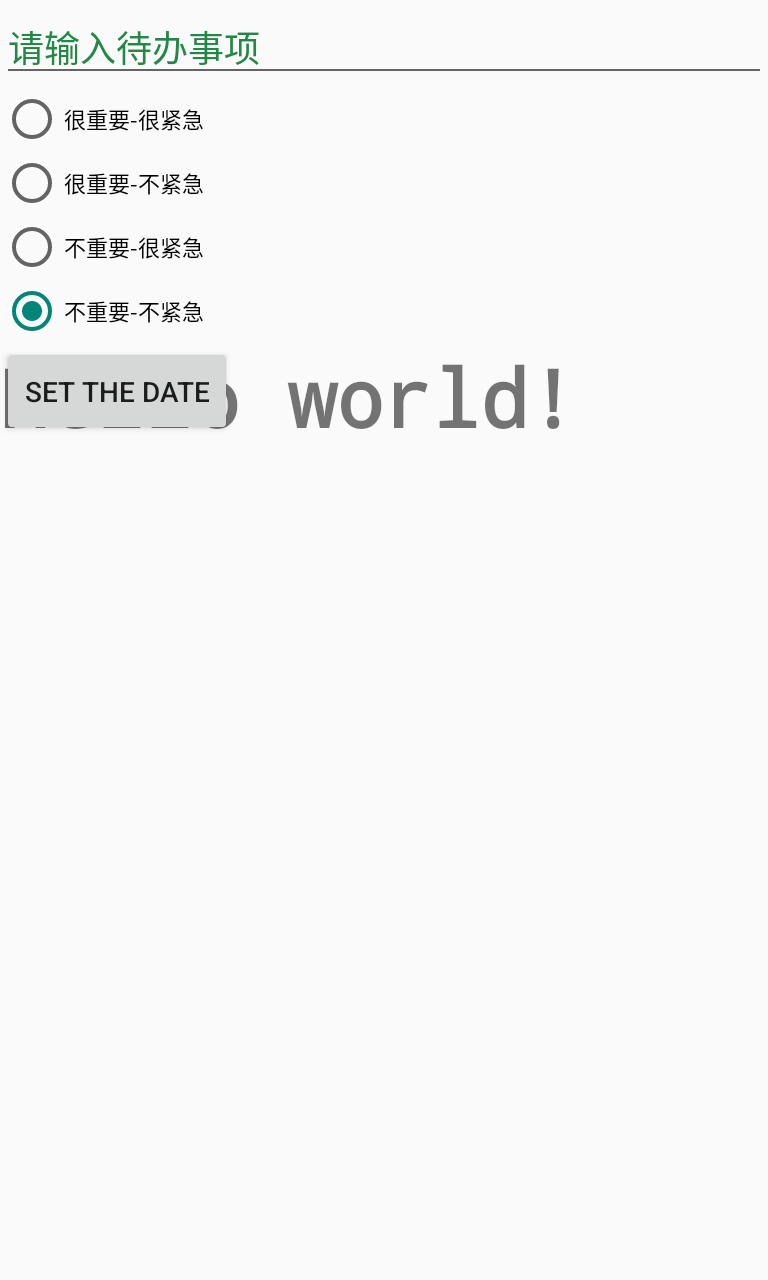
Repository: sh-zh-en/NBTodo
Layout: nbtodo/NBTodo/res/layout/addition_task_layout.xml
An editor plug-in stored every save of this project. The layout is shown before and after the next save, followed by the edit.
It is drawn on a 768 x 1280 px phone screen (xhdpi) without system bars, with theme AppTheme; the app's code is not run.

Above is the layout before, as saved 2015-02-12 16:32:46.

### nbtodo/NBTodo/res/layout/addition_task_layout.xml
<?xml version="1.0" encoding="utf-8"?>
<LinearLayout xmlns:android="http://schemas.android.com/apk/res/android"
    android:layout_width="match_parent"
    android:layout_height="match_parent"
    android:layout_gravity="bottom"
    android:orientation="vertical" >

    android:orientation="horizontal" >

    <EditText
	    android:id="@+id/edit_text1"
	    android:layout_width="fill_parent"
	    android:layout_height="wrap_content"
	    android:maxLength="40"
	    android:hint="@string/addition_task_layout_edittext01"
	    android:textColorHint="#238745"/>

    <RadioGroup
        android:id="@+id/radiogroup1"
        android:layout_width="wrap_content"
        android:layout_height="wrap_content"
        android:orientation="vertical"
        android:layout_x="300px"   >

        <RadioButton
            android:id="@+id/radiobutton1"
            android:layout_width="wrap_content"
            android:layout_height="wrap_content"
            android:layout_weight="1"
            android:checked="true"
            android:gravity="center"
            android:text="@string/addition_task_layout_radiobutton01"
            android:textSize="11.0sp" />

        <RadioButton
            android:id="@+id/radiobutton2"
            android:layout_width="wrap_content"
            android:layout_height="wrap_content"
            android:checked="true"
            android:gravity="center"
            android:text="@string/addition_task_layout_radiobutton02"
            android:textColor="@android:color/black"
            android:textSize="11.0sp" />

        <RadioButton
            android:id="@+id/radiobutton3"
            android:layout_width="wrap_content"
            android:layout_height="wrap_content"
            android:layout_weight="3"
            android:gravity="center"
            android:text="@string/addition_task_layout_radiobutton03"
            android:textColor="@android:color/black"
            android:textSize="11.0sp" />

        <RadioButton
            android:id="@+id/radiobutton4"
            android:layout_width="wrap_content"
            android:layout_height="wrap_content"
            android:checked="true"
            android:gravity="center"
            android:text="@string/addition_task_layout_radiobutton04"
            android:textColor="@android:color/black"
            android:textSize="11.0sp" />

    </RadioGroup>

    <FrameLayout
        android:layout_width="match_parent"
        android:layout_height="match_parent"
        android:layout_gravity="bottom"
        android:orientation="vertical" >

		<Button
		    android:id="@+id/setDate"
		    android:layout_width="wrap_content"
		    android:layout_height="wrap_content"
		    android:layout_alignParentRight="true"
		    android:layout_weight="1"
		    android:text="Set the Date" />

		<TextView
		    android:id="@+id/dateAndTime"
		    android:layout_width="fill_parent"
		    android:layout_height="wrap_content"
		    android:layout_weight="1"
		    android:lines="1"
		    android:text="@string/hello_world"
		    android:textSize="40sp"
		    android:textStyle="normal|bold"
		    android:typeface="monospace" />

	    </FrameLayout>

</LinearLayout>

### nbtodo/NBTodo/res/values/strings.xml
<?xml version="1.0" encoding="utf-8"?>
<resources>

    <string name="app_name">NBTodo</string>
    <string name="hello_world">Hello world!</string>
    <string name="action_settings">Settings</string>


    <string name="activity_nbtodo_main_button01">添加任务</string>


    <string name="addition_task_layout_edittext01">请输入待办事项</string>
    <string name="addition_task_layout_radiobutton01">很重要-很紧急</string>
    <string name="addition_task_layout_radiobutton02">很重要-不紧急</string>
    <string name="addition_task_layout_radiobutton03">不重要-很紧急</string>
    <string name="addition_task_layout_radiobutton04">不重要-不紧急</string>




</resources>

Loaded but not shown: nbtodo/NBTodo/res/values/styles.xml (common file); nbtodo/NBTodo/res/values-v11/styles.xml (common file); nbtodo/NBTodo/res/values-v14/styles.xml (common file)

After the next save:
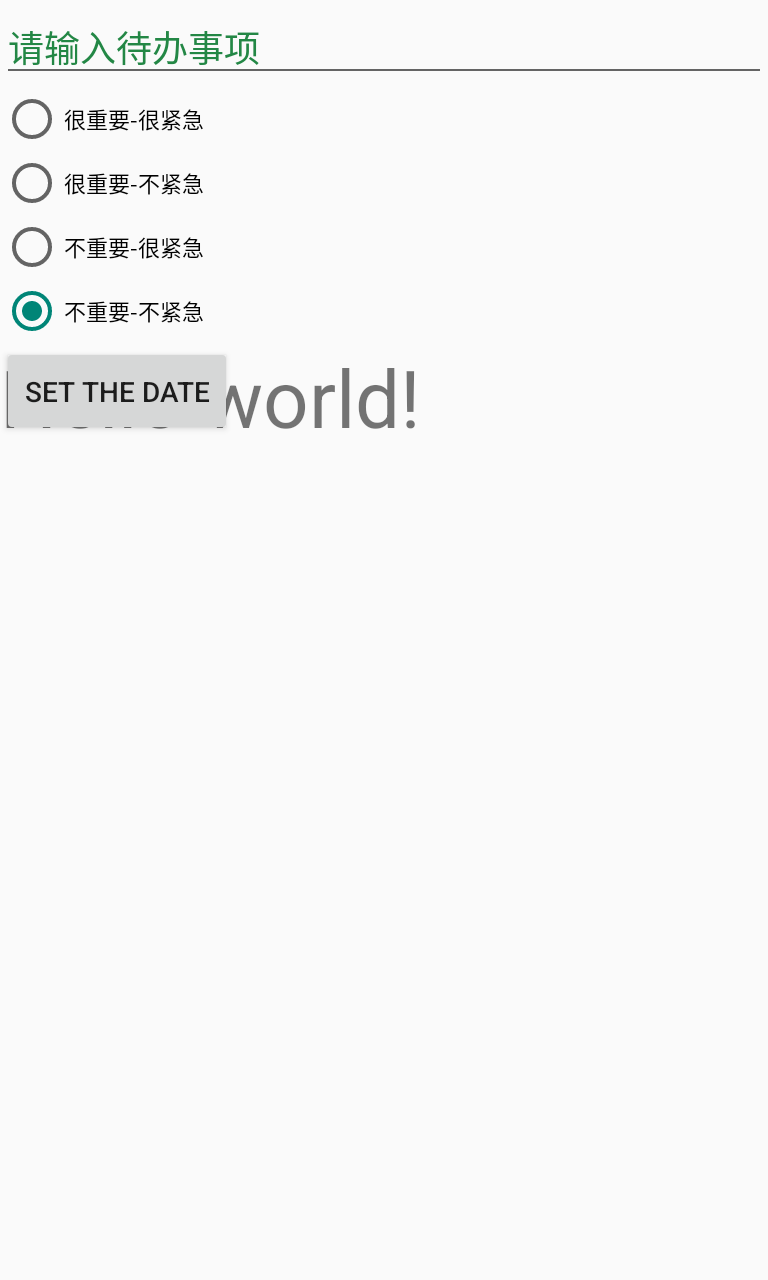
Saved 15 min 58 s later.
--- a/nbtodo/NBTodo/res/layout/addition_task_layout.xml
+++ b/nbtodo/NBTodo/res/layout/addition_task_layout.xml
@@ -20,7 +20,7 @@
         android:layout_width="wrap_content"
         android:layout_height="wrap_content"
         android:orientation="vertical"
-        android:layout_x="300px"   >
+        android:layout_x=""   >
 
         <RadioButton
             android:id="@+id/radiobutton1"
@@ -68,15 +68,8 @@
         android:layout_width="match_parent"
         android:layout_height="match_parent"
         android:layout_gravity="bottom"
+        android:layout_marginRight="@dimen/abc_action_bar_icon_vertical_padding_material"
         android:orientation="vertical" >
-
-		<Button
-		    android:id="@+id/setDate"
-		    android:layout_width="wrap_content"
-		    android:layout_height="wrap_content"
-		    android:layout_alignParentRight="true"
-		    android:layout_weight="1"
-		    android:text="Set the Date" />
 
 		<TextView
 		    android:id="@+id/dateAndTime"
@@ -85,9 +78,17 @@
 		    android:layout_weight="1"
 		    android:lines="1"
 		    android:text="@string/hello_world"
+		    android:layout_marginRight="true"
 		    android:textSize="40sp"
-		    android:textStyle="normal|bold"
-		    android:typeface="monospace" />
+		     />
+
+		<Button
+		    android:id="@+id/setDate"
+		    android:layout_width="wrap_content"
+		    android:layout_height="wrap_content"
+		    android:layout_marginRight="100dp"
+		    android:layout_weight="1"
+		    android:text="Set the Date" />
 
 	    </FrameLayout>
 
